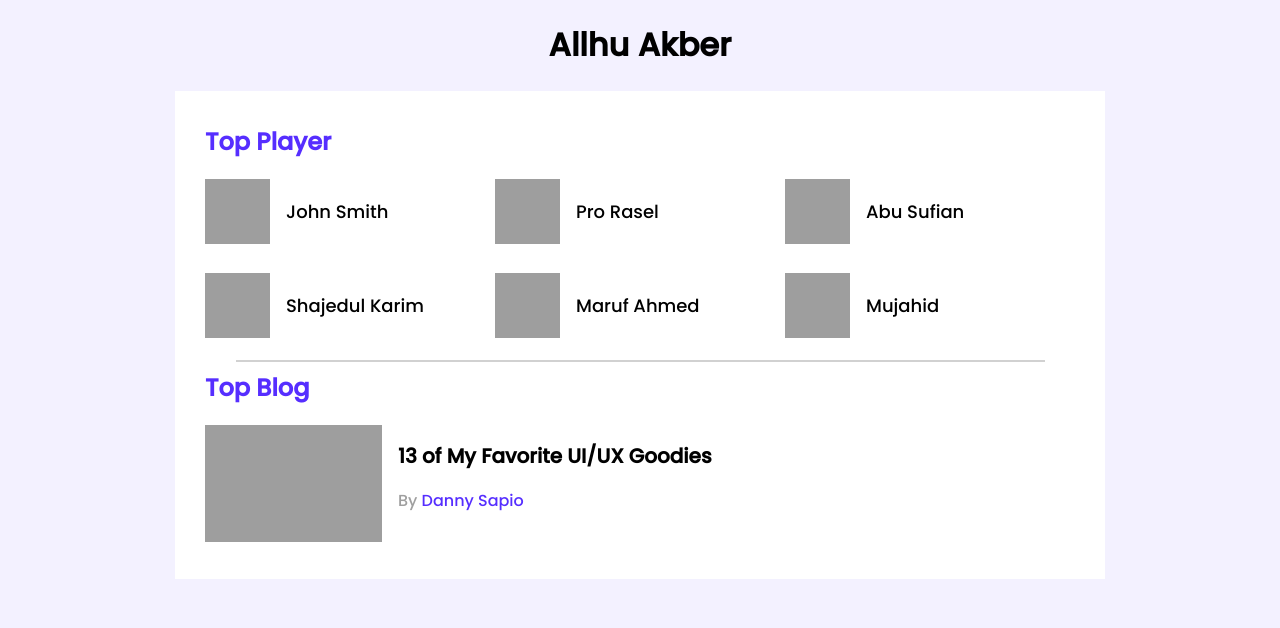
Repository: zjria/leader-board
Page: index.html
These files come from the project's save history. The page is drawn as it stood at one moment and after the next save; the edit follows.
The browser window is 1280 px wide. The pictures show the whole page.
Pictures or frames that could not be fetched are drawn as grey boxes.

Above is the page before, as saved 2022-09-04 08:23:36.

After the next save:
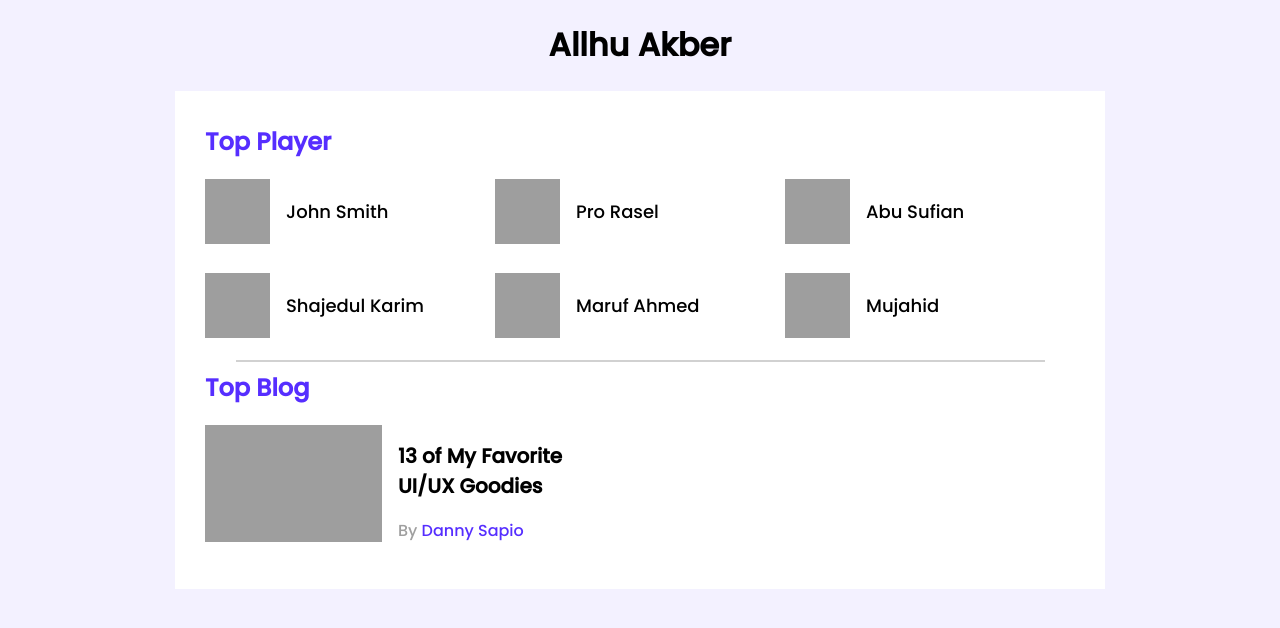
Saved 67 s later.
--- a/index.html
+++ b/index.html
@@ -58,7 +58,7 @@
                         <img src="images/blogs/blog-1.png" alt="">
                     </div>
                     <div class="blog-contain">
-                        <h2>13 of My Favorite UI/UX Goodies</h2>
+                        <h2>13 of My Favorite <br> UI/UX Goodies</h2>
                         <p class="blog-auther">By <a href="">Danny Sapio</a></p>
                     </div>
                 </article>
